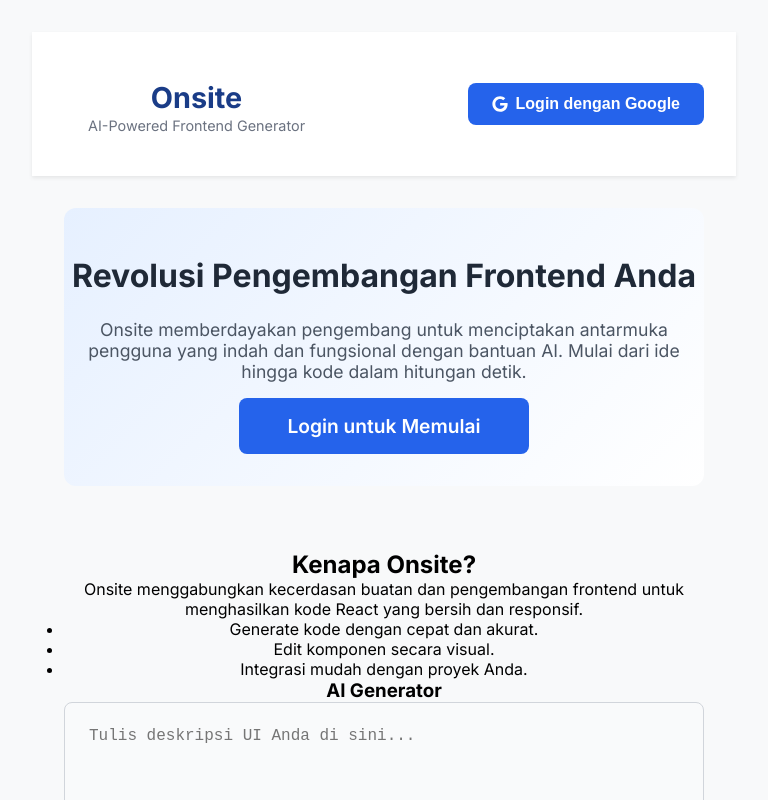
Repository: arifsoul/onsite
Page: / (app in onsite/)
The author's editor kept a copy of each file at every save. The page is drawn from the files as they stood at one save, then again after the next save.
The browser window is 768 px wide. The pictures show the whole page.
An inner scrolling area shows only its first screen. The project was rebuilt for these pictures with package versions that can differ from the ones it lists, and the page was loaded fresh each time. Also part of the build but not shown: onsite/vite.config.js, onsite/src/components/Editor/CSSPanel.jsx, onsite/src/components/Editor/JSPanel.jsx, onsite/src/components/Editor/ComponentEditor.css, onsite/src/components/Editor/ComponentEditor.jsx, onsite/src/components/Preview/LivePreview.css, onsite/src/components/Preview/LivePreview.jsx, onsite/src/pages/Editor.css and 3 more.

Above is the page before, as saved 2025-04-14 17:24:55.

### onsite/src/index.css
/* src/index.css */
@import url('https://fonts.googleapis.com/css2?family=Inter:wght@400;600;700&display=swap');

* {
  margin: 0;
  padding: 0;
  box-sizing: border-box;
}

html, body {
  height: 100%;
  width: 100%;
  overflow-x: hidden; /* Mencegah scroll horizontal */
}

body {
  font-family: 'Inter', sans-serif;
  background-color: #f8f9fa;
}

#root {
  display: flex;
  flex-direction: column;
  min-height: 100vh;
  width: 100%;
}

### onsite/src/App.jsx
import { BrowserRouter as Router, Routes, Route } from 'react-router-dom';
import { Auth0Provider } from '@auth0/auth0-react';
import { CodeProvider } from './context/CodeContext';
import Home from './pages/Home';
import Editor from './pages/Editor';
import Login from './pages/Login';
import './App.css';

function App() {
  return (
    <Auth0Provider
      domain={import.meta.env.VITE_AUTH0_DOMAIN}
      clientId={import.meta.env.VITE_AUTH0_CLIENT_ID}
      redirectUri={window.location.origin}
    >
      <CodeProvider>
        <Router>
          <Routes>
            <Route path="/" element={<Home />} />
            <Route path="/login" element={<Login />} />
            <Route path="/editor" element={<Editor />} />
          </Routes>
        </Router>
      </CodeProvider>
    </Auth0Provider>
  );
}

export default App;

### onsite/src/context/CodeContext.jsx
import { createContext, useState, useContext } from 'react';

const CodeContext = createContext();

export const CodeProvider = ({ children }) => {
  const [generatedCode, setGeneratedCode] = useState({
    html: '',
    css: '',
    js: '',
  });
  const [components, setComponents] = useState([]);

  const updateComponent = (id, updates) => {
    setComponents((prev) =>
      prev.map((comp) =>
        comp.id === id ? { ...comp, ...updates } : comp
      )
    );
  };

  return (
    <CodeContext.Provider
      value={{ generatedCode, setGeneratedCode, components, setComponents, updateComponent }}
    >
      {children}
    </CodeContext.Provider>
  );
};

export const useCode = () => useContext(CodeContext);

### onsite/src/pages/Home.jsx
import React, { useState } from 'react';
import { useAuth0 } from '@auth0/auth0-react';
import AIGenerator from '../components/Generator/AIGenerator';
import GoogleLogin from '../components/Auth/GoogleLogin';
import { Link } from 'react-router-dom';
import './Home.css';

const Home = () => {
  const { isAuthenticated } = useAuth0();

  // State variables to hold the code and active tab
  const [htmlCode, setHtmlCode] = useState('<h1>Hello World</h1>');
  const [cssCode, setCssCode] = useState('h1 { color: blue; }');
  const [jsCode, setJsCode] = useState('console.log("Hello World");');
  const [activeTab, setActiveTab] = useState('html');

  // Combine the codes into an HTML string for the iframe
  const iframeCode = `
<html>
<head>
<style>${cssCode}</style>
</head>
<body>
${htmlCode}
<script>${jsCode}</script>
</body>
</html>
  `.trim();

  return (
    <div className="home-container">
      <header className="home-header">
        <div className="logo">
          <h1>Onsite</h1>
          <span>AI-Powered Frontend Generator</span>
        </div>
        <GoogleLogin />
      </header>
      <main className="home-main">
        <section className="hero-section">
          <h2>Revolusi Pengembangan Frontend Anda</h2>
          <p>
            Onsite memberdayakan pengembang untuk menciptakan antarmuka pengguna yang indah dan fungsional dengan bantuan AI.
            Mulai dari ide hingga kode dalam hitungan detik.
          </p>
          <Link to={isAuthenticated ? '/editor' : '/login'} className="hero-cta">
            {isAuthenticated ? 'Mulai Mengedit Sekarang' : 'Login untuk Memulai'}
          </Link>
        </section>
        <section className="description-section">
          <h2>Kenapa Onsite?</h2>
          <p>
            Onsite menggabungkan kecerdasan buatan dan pengembangan frontend untuk menghasilkan kode React yang bersih dan responsif.
          </p>
          <ul>
            <li>Generate kode dengan cepat dan akurat.</li>
            <li>Edit komponen secara visual.</li>
            <li>Integrasi mudah dengan proyek Anda.</li>
          </ul>
        </section>
        <section className="code-playground">
          <div className="generator-section">
            <h3>AI Generator</h3>
            <AIGenerator
              onGenerate={(html, css, js) => {
                setHtmlCode(html);
                setCssCode(css);
                setJsCode(js);
              }}
            />
          </div>
          <div className="preview-section">
            <h3>Preview</h3>
            <iframe
              srcDoc={iframeCode}
              className="preview-iframe"
              sandbox="allow-scripts"
              title="Live Preview"
            />
          </div>
          <div className="editor-section">
            <h3>Code Editor</h3>
            <div className="tabs">
              <button
                className={activeTab === 'html' ? 'active' : ''}
                onClick={() => setActiveTab('html')}
              >
                HTML
              </button>
              <button
                className={activeTab === 'css' ? 'active' : ''}
                onClick={() => setActiveTab('css')}
              >
                CSS
              </button>
              <button
                className={activeTab === 'js' ? 'active' : ''}
                onClick={() => setActiveTab('js')}
              >
                JS
              </button>
            </div>
            <div className="code-editor">
              {activeTab === 'html' && (
                <textarea
                  value={htmlCode}
                  onChange={(e) => setHtmlCode(e.target.value)}
                  placeholder="Enter HTML code here..."
                />
              )}
              {activeTab === 'css' && (
                <textarea
                  value={cssCode}
                  onChange={(e) => setCssCode(e.target.value)}
                  placeholder="Enter CSS code here..."
                />
              )}
              {activeTab === 'js' && (
                <textarea
                  value={jsCode}
                  onChange={(e) => setJsCode(e.target.value)}
                  placeholder="Enter JavaScript code here..."
                />
              )}
            </div>
          </div>
        </section>
      </main>
      <footer className="home-footer">
        <p>© 2025 Onsite. All rights reserved.</p>
      </footer>
    </div>
  );
};

export default Home;

### onsite/src/components/Generator/AIGenerator.jsx
import { useState } from 'react';
import { useCode } from '../../context/CodeContext';
import { generateCode } from '../../services/deepseekApi';
import './AIGenerator.css';

const AIGenerator = () => {
  const [prompt, setPrompt] = useState('');
  const [error, setError] = useState(null);
  const { setGeneratedCode, setComponents } = useCode();

  const handleGenerate = async () => {
    try {
      setError(null);
      const response = await generateCode(prompt);
      const { html, css, js, components } = response.data;
      setGeneratedCode({ html, css, js });
      setComponents(components || []);
    } catch (error) {
      setError('Gagal menghasilkan kode.');
    }
  };

  return (
    <div className="generator-container">
      <textarea
        value={prompt}
        onChange={(e) => setPrompt(e.target.value)}
        placeholder="Tulis deskripsi UI Anda di sini..."
        className="prompt-input code-editor"
      />
      <button onClick={handleGenerate} className="generate-btn">
        Generate Kode
      </button>
      {error && <p className="error-message">{error}</p>}
    </div>
  );
};

export default AIGenerator;

### onsite/src/components/Auth/GoogleLogin.jsx
import { useAuth0 } from '@auth0/auth0-react';
import { FaGoogle } from 'react-icons/fa';
import './GoogleLogin.css';

const GoogleLogin = () => {
  const { loginWithRedirect, isAuthenticated, user, logout } = useAuth0();

  return (
    <div>
      {isAuthenticated ? (
        <div className="user-info">
          <img src={user?.picture} alt={user?.name} />
          <span>{user?.name}</span>
          <button
            className="logout-btn"
            onClick={() => logout({ returnTo: window.location.origin })}
          >
            Logout
          </button>
        </div>
      ) : (
        <button
          className="google-login-btn"
          onClick={() => loginWithRedirect({ connection: 'google-oauth2' })}
        >
          <FaGoogle /> Login dengan Google
        </button>
      )}
    </div>
  );
};

export default GoogleLogin;

### onsite/src/pages/Home.css
.home-container {
    display: flex;
    flex-direction: column;
    min-height: 100vh;
    width: 100%;
    background-color: #f8f9fa;
  }

  .home-header {
    display: flex;
    justify-content: space-between;
    align-items: center;
    padding: 1.5rem 2rem;
    background-color: #ffffff;
    box-shadow: 0 2px 4px rgba(0, 0, 0, 0.08);
  }

  .logo h1 {
    font-size: 1.8rem;
    color: #1a3c87;
  }

  .logo span {
    font-size: 0.9rem;
    color: #6b7280;
  }

  .home-main {
    flex: 1;
    padding: 2rem;
    max-width: 1400px;
    margin: 0 auto;
    width: 100%;
  }

  .hero-section {
    text-align: center;
    margin-bottom: 4rem;
    padding: 3rem 0;
    background: linear-gradient(135deg, #e6f0ff 0%, #ffffff 100%);
    border-radius: 12px;
  }

  .hero-section h2 {
    font-size: 3rem;
    color: #1f2937;
    margin-bottom: 1.5rem;
  }

  .hero-section p {
    font-size: 1.3rem;
    color: #4b5563;
    max-width: 800px;
    margin: 0 auto 2rem;
  }

  .hero-cta {
    padding: 1rem 3rem;
    background-color: #2563eb;
    color: #ffffff;
    text-decoration: none;
    border-radius: 8px;
    font-size: 1.2rem;
    font-weight: 600;
  }

  .hero-cta:hover {
    background-color: #1d4ed8;
  }

  .features-section {
    display: grid;
    grid-template-columns: repeat(auto-fit, minmax(400px, 1fr));
    gap: 2.5rem;
  }

  .card {
    background-color: #ffffff;
    border-radius: 12px;
    box-shadow: 0 6px 16px rgba(0, 0, 0, 0.1);
    padding: 2.5rem;
    min-height: 450px;
  }

  .card h3 {
    font-size: 1.8rem;
    color: #1f2937;
    margin-bottom: 1.5rem;
  }

  .card p {
    font-size: 1.1rem;
    color: #4b5563;
  }

  .description-card ul {
    list-style: none;
    margin-top: 1.5rem;
  }

  .description-card li {
    font-size: 1.1rem;
    color: #4b5563;
    margin-bottom: 0.75rem;
    padding-left: 2rem;
    position: relative;
  }

  .description-card li::before {
    content: '✔';
    position: absolute;
    left: 0;
    color: #2563eb;
  }

  .home-footer {
    text-align: center;
    padding: 2rem;
    background-color: #ffffff;
    border-top: 1px solid #e5e7eb;
    color: #6b7280;
  }

  @media (max-width: 768px) {
    .features-section {
      grid-template-columns: 1fr;
    }

    .hero-section h2 {
      font-size: 2rem;
    }

    .hero-section p {
      font-size: 1.1rem;
    }
  }

### onsite/src/services/deepseekApi.js
import axios from 'axios';

const API_KEY = import.meta.env.VITE_DEEPSEEK_API_KEY;
const BASE_URL = 'https://api.deepseek.com';

export const generateCode = async (prompt) => {
  if (!API_KEY) {
    throw new Error('DeepSeek API key is missing. Please set VITE_DEEPSEEK_API_KEY in .env.');
  }

  if (!prompt || prompt.trim() === '') {
    throw new Error('Prompt cannot be empty.');
  }

  try {
    const response = await axios.post(
      `${BASE_URL}/chat/completions`,
      {
        model: 'deepseek-chat',
        messages: [
          {
            role: 'system',
            content:
              'You are an AI that generates React component code (HTML, CSS, JS) based on user descriptions. Return structured JSON with html, css, js, and components array.',
          },
          { role: 'user', content: prompt },
        ],
        stream: false,
      },
      {
        headers: {
          'Content-Type': 'application/json',
          Authorization: `Bearer ${API_KEY}`,
        },
      }
    );
    return response;
  } catch (error) {
    console.error('DeepSeek API Error:', {
      message: error.message,
      status: error.response?.status,
      data: error.response?.data,
    });
    throw new Error(
      error.response?.data?.error?.message || 'Failed to generate code. Please check API key and network.'
    );
  }
};

### onsite/src/components/Generator/AIGenerator.css
.generator-container {
  display: flex;
  flex-direction: column;
  gap: 1.5rem;
  height: 100%;
}

.prompt-input.code-editor {
  width: 100%;
  min-height: 250px;
  padding: 1.5rem;
  border: 1px solid #d1d5db;
  border-radius: 8px;
  font-family: 'Courier New', Courier, monospace;
  font-size: 1rem;
  background-color: #f9fafb;
  color: #1f2937;
  resize: vertical;
}

.prompt-input:focus {
  border-color: #2563eb;
  outline: none;
}

.generate-btn {
  padding: 0.75rem 1.5rem;
  background-color: #2563eb;
  color: #ffffff;
  border: none;
  border-radius: 8px;
  font-weight: 600;
}

.generate-btn:hover {
  background-color: #1d4ed8;
}

.error-message {
  color: #dc2626;
  font-size: 0.9rem;
}

### onsite/src/components/Auth/GoogleLogin.css
/* src/components/Auth/GoogleLogin.css */
.google-login-btn {
  display: flex;
  align-items: center;
  gap: 0.5rem;
  padding: 0.75rem 1.5rem;
  background-color: #2563eb;
  color: #ffffff;
  border: none;
  border-radius: 8px;
  font-size: 1rem;
  font-weight: 600;
  cursor: pointer;
  transition: background-color 0.2s;
}

.google-login-btn:hover {
  background-color: #1d4ed8;
}

.user-info {
  display: flex;
  align-items: center;
  gap: 0.75rem;
}

.user-info img {
  border-radius: 50%;
  width: 36px;
  height: 36px;
}

.user-info span {
  font-size: 1rem;
  color: #1f2937;
}

.logout-btn {
  padding: 0.5rem 1rem;
  background-color: #dc2626;
  color: #ffffff;
  border: none;
  border-radius: 8px;
  font-size: 0.9rem;
  font-weight: 600;
  cursor: pointer;
  transition: background-color 0.2s;
}

.logout-btn:hover {
  background-color: #b91c1c;
}

Loaded but not shown: onsite/index.html (common file); onsite/src/main.jsx (common file); onsite/src/App.css (common file)

After the next save:
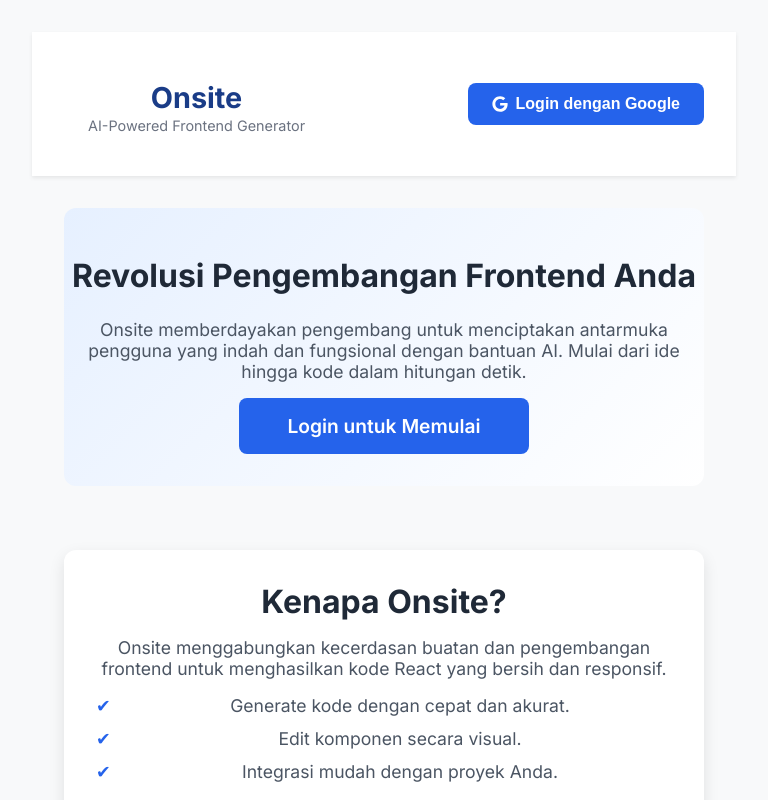
Saved 14 s later.
--- a/onsite/src/pages/Home.css
+++ b/onsite/src/pages/Home.css
@@ -68,37 +68,31 @@
     background-color: #1d4ed8;
   }
 
-  .features-section {
-    display: grid;
-    grid-template-columns: repeat(auto-fit, minmax(400px, 1fr));
-    gap: 2.5rem;
-  }
-
-  .card {
+  .description-section {
     background-color: #ffffff;
     border-radius: 12px;
     box-shadow: 0 6px 16px rgba(0, 0, 0, 0.1);
-    padding: 2.5rem;
-    min-height: 450px;
-  }
-
-  .card h3 {
-    font-size: 1.8rem;
-    color: #1f2937;
-    margin-bottom: 1.5rem;
-  }
-
-  .card p {
+    padding: 2rem;
+    margin-bottom: 2rem;
+  }
+
+  .description-section h2 {
+    font-size: 2rem;
+    color: #1f2937;
+    margin-bottom: 1rem;
+  }
+
+  .description-section p {
     font-size: 1.1rem;
     color: #4b5563;
-  }
-
-  .description-card ul {
+    margin-bottom: 1rem;
+  }
+
+  .description-section ul {
     list-style: none;
-    margin-top: 1.5rem;
-  }
-
-  .description-card li {
+  }
+
+  .description-section li {
     font-size: 1.1rem;
     color: #4b5563;
     margin-bottom: 0.75rem;
@@ -106,13 +100,88 @@
     position: relative;
   }
 
-  .description-card li::before {
+  .description-section li::before {
     content: '✔';
     position: absolute;
     left: 0;
     color: #2563eb;
   }
 
+  .code-playground {
+    display: flex;
+    flex-direction: column;
+    gap: 2rem;
+  }
+
+  .generator-section,
+  .preview-section,
+  .editor-section {
+    background-color: #ffffff;
+    border-radius: 12px;
+    box-shadow: 0 6px 16px rgba(0, 0, 0, 0.1);
+    padding: 2rem;
+  }
+
+  .generator-section h3,
+  .preview-section h3,
+  .editor-section h3 {
+    font-size: 1.8rem;
+    color: #1f2937;
+    margin-bottom: 1.5rem;
+  }
+
+  .preview-iframe {
+    width: 100%;
+    height: 400px;
+    border: none;
+    border-radius: 8px;
+    background-color: #fff;
+  }
+
+  .tabs {
+    display: flex;
+    gap: 0.5rem;
+    margin-bottom: 1rem;
+  }
+
+  .tabs button {
+    padding: 0.5rem 1rem;
+    background-color: #e5e7eb;
+    border: none;
+    cursor: pointer;
+    border-radius: 4px;
+    font-size: 1rem;
+    transition: background-color 0.2s;
+  }
+
+  .tabs button.active {
+    background-color: #2563eb;
+    color: #ffffff;
+  }
+
+  .tabs button:hover:not(.active) {
+    background-color: #d1d5db;
+  }
+
+  .code-editor textarea {
+    width: 100%;
+    height: 200px;
+    font-family: 'Courier New', Courier, monospace;
+    font-size: 1rem;
+    padding: 1rem;
+    border: 1px solid #d1d5db;
+    border-radius: 4px;
+    resize: vertical;
+    background-color: #f9fafb;
+    color: #1f2937;
+  }
+
+  .code-editor textarea:focus {
+    outline: none;
+    border-color: #2563eb;
+    box-shadow: 0 0 0 2px rgba(37, 99, 235, 0.2);
+  }
+
   .home-footer {
     text-align: center;
     padding: 2rem;
@@ -122,10 +191,6 @@
   }
 
   @media (max-width: 768px) {
-    .features-section {
-      grid-template-columns: 1fr;
-    }
-
     .hero-section h2 {
       font-size: 2rem;
     }
@@ -133,4 +198,12 @@
     .hero-section p {
       font-size: 1.1rem;
     }
-  }
+
+    .preview-iframe {
+      height: 300px;
+    }
+
+    .code-editor textarea {
+      height: 150px;
+    }
+  }
